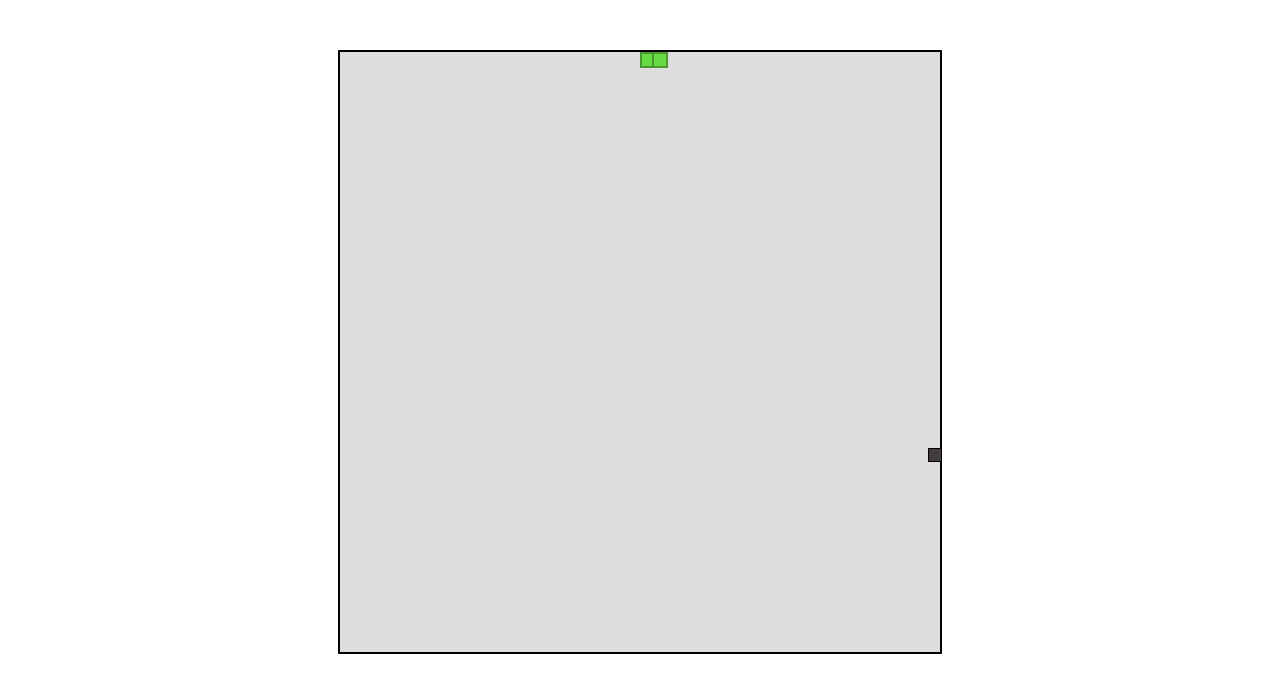
Repository: Krashgul/React_Snake_Game
Page: /
These files come from the project's save history. The page is drawn as it stood at one moment and after the next save; the edit follows.
The browser window is 1280 px wide. The pictures show the whole page.
The project was rebuilt for these pictures with package versions that can differ from the ones it lists, and the page was loaded fresh each time.

Above is the page before, as saved 2021-02-24 04:24:34.

### src/index.css
.game-area {
  position: relative;
  margin: 50px auto;
  width: 600px;
  height: 600px;
  background-color: #ddd;
  border: 2px solid #000;
}

.snake-dot {
  position: absolute;
  width: 2%;
  height: 2%;
  background-color: rgb(104, 219, 68);
  border: 2px solid rgb(73, 153, 48);
  z-index: 2;
}

.snake-food {
  position: absolute;
  width: 2%;
  height: 2%;
  background: rgb(66, 60, 60);
  border: 1px solid #000;
  z-index: 1;
}

### src/App.js
import React, { Component } from 'react';
import Snake from './Snake';
import Food from './Food';

const getRandomCoordinates = () => {
  let min = 1;
  let max = 98;
  let x = Math.floor((Math.random()*(max-min+1)+min)/2)*2;
  let y =  Math.floor((Math.random()*(max-min+1)+min)/2)*2;
  return [x,y]
}

const initialState = {
  food: getRandomCoordinates(),
  speed: 200,
  direction: 'RIGHT',
  snakeDots: [
    [0,0],
    [2,0]
  ]
}

class App extends Component {

  state = initialState;

  componentDidMount() {
    setInterval(this.moveSnake, this.state.speed);
    document.onkeydown = this.onKeyDown;
  }

  componentDidUpdate() {
    this.checkIfOutOfBorders();
    this.checkIfCollapsed();
    this.checkIfEat();
  }

  onKeyDown = (e) => {
    e = e || window.event;
    switch (e.keyCode) {
      case 38:
        this.setState({direction: 'UP'});
        break;
      case 40:
        this.setState({direction: 'DOWN'});
        break;
      case 37:
        this.setState({direction: 'LEFT'});
        break;
      case 39:
        this.setState({direction: 'RIGHT'});
        break;
    }
  }

  moveSnake = () => {
    let dots = [...this.state.snakeDots];
    let head = dots[dots.length - 1];

    switch (this.state.direction) {
      case 'RIGHT':
        head = [head[0] + 2, head[1]];
        break;
      case 'LEFT':
        head = [head[0] - 2, head[1]];
        break;
      case 'DOWN':
        head = [head[0], head[1] + 2];
        break;
      case 'UP':
        head = [head[0], head[1] - 2];
        break;
    }
    dots.push(head);
    dots.shift();
    this.setState({
      snakeDots: dots
    })
  }

  checkIfOutOfBorders() {
    let head = this.state.snakeDots[this.state.snakeDots.length - 1];
    if (head[0] >= 100 || head[1] >= 100 || head[0] < 0 || head[1] < 0) {
      this.onGameOver();
    }
  }

  checkIfCollapsed() {
    let snake = [...this.state.snakeDots];
    let head = snake[snake.length - 1];
    snake.pop();
    snake.forEach(dot => {
      if (head[0] == dot[0] && head[1] == dot[1]) {
        this.onGameOver();
      }
    })
  }

  checkIfEat() {
    let head = this.state.snakeDots[this.state.snakeDots.length - 1];
    let food = this.state.food;
    if (head[0] == food[0] && head[1] == food[1]) {
      this.setState({
        food: getRandomCoordinates()
      })
      this.enlargeSnake();
      this.increaseSpeed();
    }
  }

  enlargeSnake() {
    let newSnake = [...this.state.snakeDots];
    newSnake.unshift([])
    this.setState({
      snakeDots: newSnake
    })
  }

  increaseSpeed() {
    if (this.state.speed > 10) {
      this.setState({
        speed: this.state.speed - 10
      })
    }
  }

  onGameOver() {
    alert(`Game Over. Snake length is ${this.state.snakeDots.length}`);
    this.setState(initialState)
  }

  render() {
    return (
      <div className="game-area">
        <Snake snakeDots={this.state.snakeDots}/>
        <Food dot={this.state.food}/>
      </div>
    );
  }
}

export default App;

### src/Snake.js
import React from 'react';

export default (props) => {
  return (
    <div>
      {props.snakeDots.map((dot, i) => {
        const style = {
          left: `${dot[0]}%`,
          top: `${dot[1]}%`
        }
        return (
          <div className="snake-dot" key={i} style={style}></div>
        )
      })}
    </div>
  )
}

Loaded but not shown: public/index.html (common file); src/index.js (common file); src/serviceWorker.js (common file); src/Food.js (common file)

After the next save:
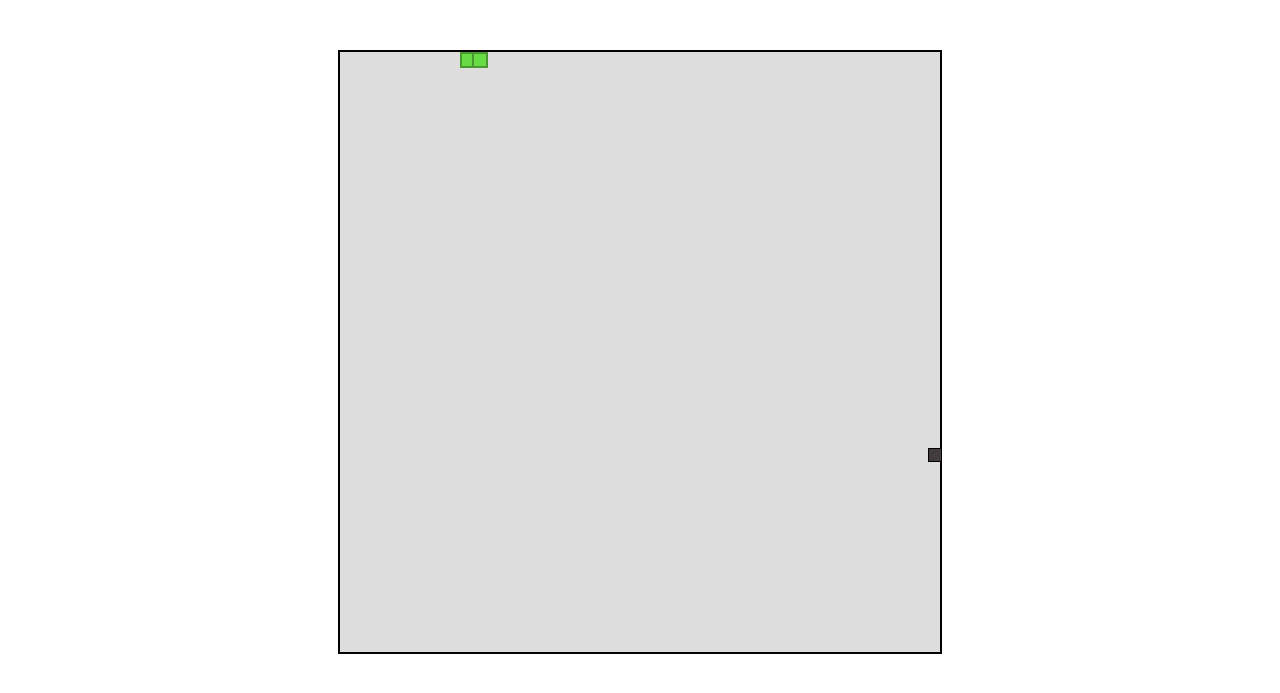
Saved 22 s later.
--- a/src/App.js
+++ b/src/App.js
@@ -12,7 +12,7 @@ const getRandomCoordinates = () => {
 
 const initialState = {
   food: getRandomCoordinates(),
-  speed: 200,
+  speed: 500,
   direction: 'RIGHT',
   snakeDots: [
     [0,0],
